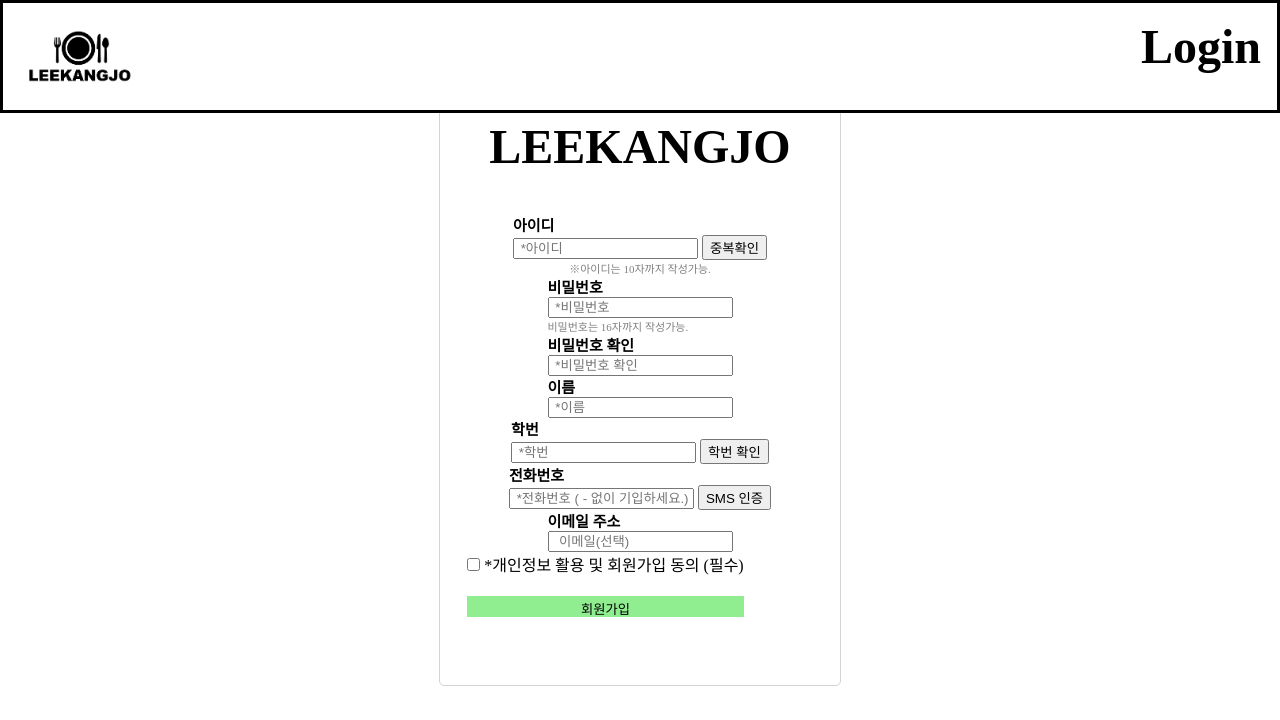
Repository: acredev/Restaurant_Management_System
Page: http://localhost/leekangjo/signup.jsp
An editor plug-in stored every save of this project. The page is shown before and after the next save, followed by the edit.
The browser window is 1280 px wide. The pictures show the whole page.
Some web fonts or font styles are not loaded; a fallback is used. The page is served by Tomcat 9. Other server files are loaded and not shown. Queries for data that is not in the repository find no rows.

Above is the page before, as saved 2023-04-18 02:20:29.

### leekangjo/WebContent/signup.jsp
<%@ page import="java.sql.*" %>

<%@ page language="java" contentType="text/html; charset=UTF-8"
    pageEncoding="UTF-8"%>

<%
try
{
	// JDBC 드라이버 연결
	Class.forName("com.mysql.jdbc.Driver");
	String db_address = "jdbc:mysql://127.0.0.1:3306/kyungmin_store";
	String db_username = "root";
	String db_pwd = "root";
	Connection connection = DriverManager.getConnection(db_address, db_username, db_pwd);

	// 문자열의 인코딩 방식 설정
	request.setCharacterEncoding("UTF-8");
}
catch (Exception ex)
{
	out.println("페이지 처리 중, 오류가 발생했습니다. 아래의 오류 메시지를 참고하여 페이지 관리자에게 문의 바랍니다. 불편을 드려 죄송합니다.\n" + ex.getMessage());
}
%>
<!doctype html>
<html>
    <head>
        <meta charset="utf-8">
        <meta name="viewport" content="width-device-width,initial-scale-1.0,user-scalable=no">
        <title>이강조 회원가입</title>
        <link href="css/Header.css" rel="stylesheet" type="text/css">
        <link href="css/signup_style.css" rel="stylesheet" type="text/css">
        <script type="text/javascript">
			function checkValue()
			{
				var signupForm = document.signup;
				if(!signupForm.id.value)
				{
					alert("아이디를 입력 후 다시 시도해 주세요.");
					return false;
				}
				if(signupForm.idDuplication.value!="idCheck")
				{
					alert("아이디 중복 체크 후 다시 시도해 주세요.");
					return false;
				}
				if(!signupForm.pwd.value)
				{
					alert("비밀번호를 입력 후 다시 시도해 주세요.");
				}
				if(signupForm.pwd.value != form.pwdcheck.value)
				{
					alert("비밀번호가 일치하지 않습니다. 비밀번호를 동일하게 입력 후 다시 시도해 주세요.");
					return false;
				}
				if(!signupForm.name.value)
				{
					alert("이름을 입력 후 다시 시도해 주세요.");
					return false;
				}
				if(!signupForm.stdid.value)
				{
					alert("학번을 입력 후 다시 시도해 주세요.");
				}
				if(!signupForm.tel.value)
				{
					alert("전화번호를 입력 후 다시 시도해 주세요.");
				}
				if(isNaN(signupForm.tel.value))
				{
					alert("전화번호는 - 를 제외한 숫자만 입력 후 다시 시도해 주세요.");
					return false;
				}
			}
			function inputIdChk()
			{
				document.signup.idDuplication.value="idUncheck";
			}
		</script>
    </head>
    <body>
    	<form name="signup" action="signup_send.jsp" method="post">
 	       <header>
 	           <img src="img/Logo4.png" class="Logoimg" onclick ="location.href='index.html'">
	           <h1 onclick ="location.href='Login.html'">Login</h1>
   		   </header>
   		   <div id="Loginmain">
   		   <div class="box">
		   		<h1 class="logo">LEEKANGJO</h1>
				<div>
					<form name="idchk" action="login_idchk.jsp" method="post">
					<h3>아이디</h3>
					<input type="text" placeholder=" *아이디" id="id" class="account" maxlength="10" name="id">
					<script type="text/javascript">
						function idChk()
						{
							var idchk = document.getElementById('id');
							if (idchk.value == "")
							{
								alert(idchk.value + "아이디를 입력해주세요.");
							}
							else if (idchk.value != null)
							{
								<%
							try
							{
							    // JDBC 드라이버 연결
    							Class.forName("com.mysql.jdbc.Driver");
    							String db_address = "jdbc:mysql://127.0.0.1:3306/kyungmin_store";
    							String db_username = "root";
    							String db_pwd = "root";
    							Connection connection = DriverManager.getConnection(db_address, db_username, db_pwd);

    							// 문자열의 인코딩 방식 설정
    							request.setCharacterEncoding("UTF-8");

    							String idChkQuery = "SELECT COUNT(*) as cnt FROM kyungmin_store.member WHERE id=?";
    							PreparedStatement psmt = connection.prepareStatement(idChkQuery);
    							psmt.setString(1, request.getParameter("idchk"));

    							ResultSet result = psmt.executeQuery();

    							if (result.next())
    							{
        							int cnt = result.getInt("cnt");
        							if (cnt == 0)
        							{
            							%>
            							alert("<%= request.getParameter("idchk") %> 아이디는 사용 가능한 아이디입니다.");
            							<%
            							}
        								else
        								{
                							%>
                							alert("중복된 아이디입니다. 다른 아이디를 사용해 주세요.");
                							<%
                						}
        							}
    							}
								catch (Exception ex)
								{
            					%>
            						alert("오류가 발생했습니다. 오류 메시지 : <%= ex.getMessage() %> 불편을 드려 죄송합니다.");
            					<%
            					}
    							%>
							}
						}
					</script>
					<input type="button" class="btn_id_check" onclick="idChk()" value="중복확인">
					</form>
				</div>
					<p>※아이디는 10자까지 작성가능.</p>
				<div>
					<h3>비밀번호</h3>
					<input type="password" placeholder=" *비밀번호" id="pwd" class="account" maxlength="16" name="pwd">
					<p> 비밀번호는 16자까지 작성가능.</p>
				</div>
				<div>
					<h3>비밀번호 확인</h3>
					<input type="password" placeholder=" *비밀번호 확인" id="pwdcheck" class="account" maxlength="16" name="pwdcheck">
				</div>
				<div>
					<h3>이름</h3>
					<input type="text" placeholder=" *이름" id="name" class="account" maxlength="5" name="name">
				</div>
				<div>
					<h3>학번</h3>
					<input type="text" placeholder=" *학번" id="stdid" class="account" maxlength="8" name="stdnum">
					<button type="button" class="btn_id_check" id="btnSend"><span class="">학번 확인</span></button>
				</div>
				<div>
					<h3>전화번호</h3>
					<input type="text" placeholder=" *전화번호 ( - 없이 기입하세요.)" id="tel" class="account" maxlength="11" name="tel">
					<button type="button" class="tel_check" id="btnSend"><span class="">SMS 인증</span></button>
				</div>
				<div>
					<h3>이메일 주소</h3>
					<input type="text" placeholder="  이메일(선택)" id="email" class="account" maxlength="30" name="email">
				</div>
				<div>
				<label><input type="checkbox" name="agree" value=""> *개인정보 활용 및 회원가입 동의 (필수)</label>
				<button type="submit" id="login" class="account">회원가입</button>
				<p id="alert" class="account"> </p>
				</div>
           </div>
           </div>
        </form>
    </body>
</html>

### leekangjo/WebContent/css/Header.css
/* 프로젝트 웹페이지의 header 스타일 파일입니다. */

@import url('https://fonts.googleapis.com/css?family=Amatic+SC|Indie+Flower');

*{
    margin: 0;
}

header {
    background-color: #fff;
    height: 75px;
    padding: 1rem;
    border: 3px solid #000;
    align-items: center;
    position: fixed;
    top:0;
    left: 0;
    right: 0;
    float: left;
    z-index: 1;
}

.Logoimg{
    height: 75px;
}

.Logoimg:hover{
    cursor: pointer;
}

h1{
    font-family: 'Indie Flower', cursive;
    font-size: 3em;
    float: right;
}

.logout{
    margin-left: 15px;
}

h1:hover{
    cursor: pointer;
}

#tagbar{
    width: 100%;
    text-align: center;
    padding-top: 120px;
}

.myimg{
    float: right;
    margin-top: 18px;
    height: 35px;
    margin-right: 15px;
}

.myimg:hover{
    cursor: pointer;
}

.logout{
    float: right;
    margin-top: 14px;
    height: 43px;
    margin-right: 15px;
}

.logout:hover{
    cursor: pointer;
}

.find{
    float: right;
    height: 43px;
    margin-top: 14px;
    margin-right: 30px;
}
.

### leekangjo/WebContent/css/signup_style.css
html,body, form{
    height: 100%;
}
#Loginmain{
    height: 100%;
    display: flex;
    justify-content:center;
    align-items : center;
}
.box{
    width: 400px;
    height: 650px;
    display: flex;
    justify-content: center;
    align-items: center;
    flex-direction: column;
    border: 1px solid lightgrey;
    border-radius: 5px;
}
.logo{
    margin-top: 5%;
    margin-bottom: 10%;
}
#login {
    margin-top: 6%;
    width: 80%;
    height: 30%;
    background-color: lightgreen;
    border-color: transparent;
    font-family:

}
p{
    font-size: 11px;
    color: gray;
}
h3{
    font-size: 15px;
}
fieldset{
    text-align: center;
    border: none;
}
.telchk {
    width: 92%;
    padding: 12px;
    font-size: 14px;
    color: #111111;
    border: 0;
    border: 1px #cccccc solid;
    margin-top: 5%;
    margin-bottom: 5%;
}
.emailchk {
    width: 92%;
    padding: 12px;
    font-size: 14px;
    color: #111111;
    border: 0;
    border: 1px #cccccc solid;
    margin-top: 5%;
    margin-bottom: 5%;
}

After the next save:
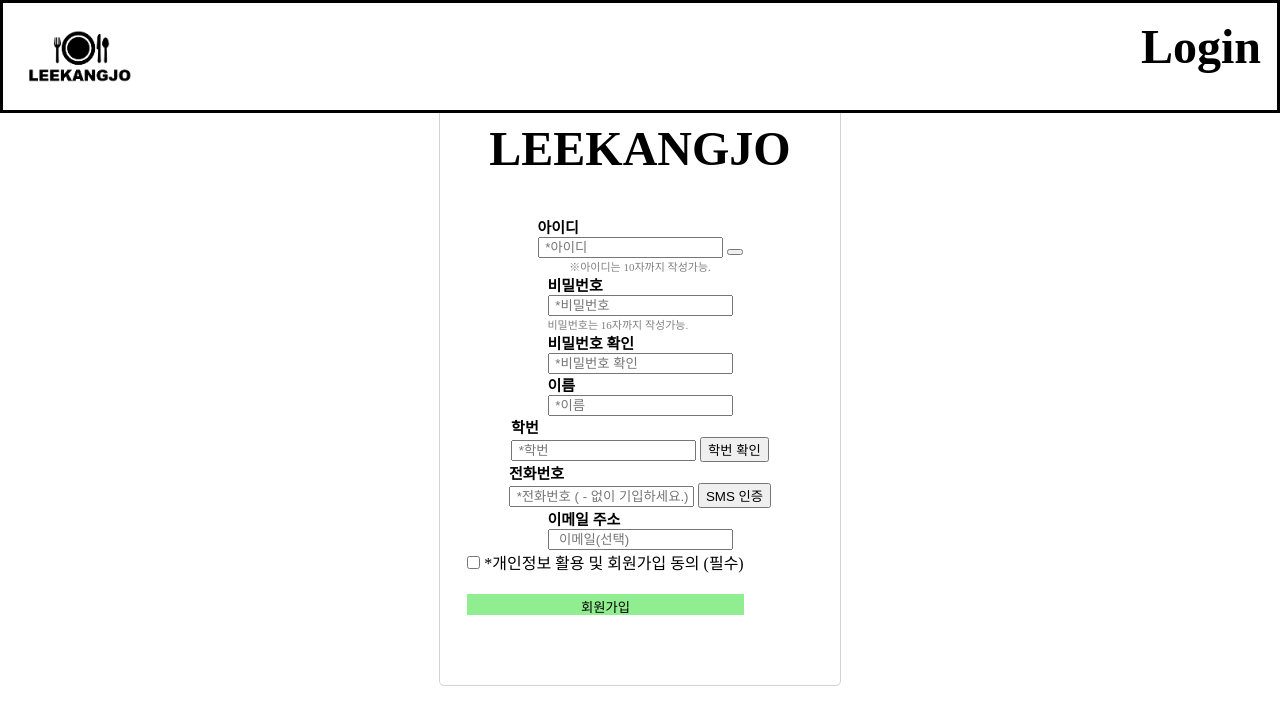
Saved 26 s later.
--- a/leekangjo/WebContent/signup.jsp
+++ b/leekangjo/WebContent/signup.jsp
@@ -146,7 +146,7 @@
 							}
 						}
 					</script>
-					<input type="button" class="btn_id_check" onclick="idChk()" value="중복확인">
+					<button type="submit" class="btn_id_check" onclick="idChk()" value="중복확인">
 					</form>
 				</div>
 					<p>※아이디는 10자까지 작성가능.</p>

After the 2 saves that followed:
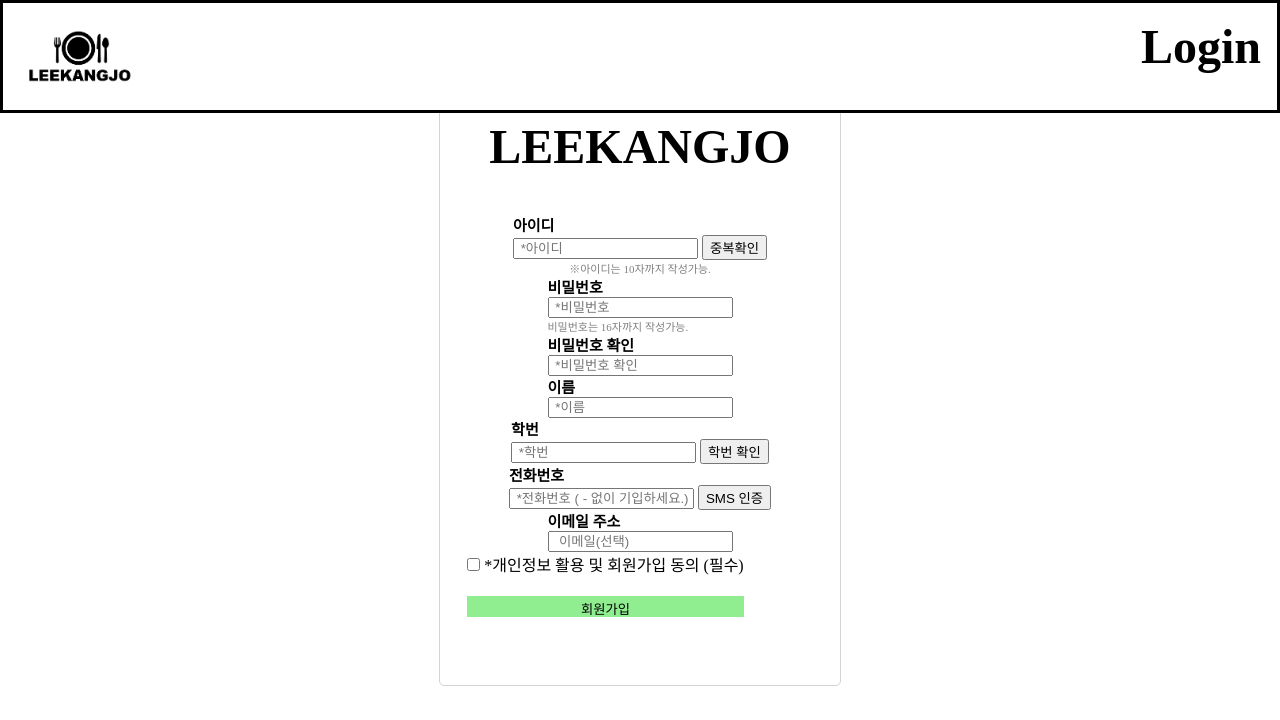
The 2 saves are shown as one change because 1 left the picture as it was.
The last was saved 62 s later.
--- a/leekangjo/WebContent/signup.jsp
+++ b/leekangjo/WebContent/signup.jsp
@@ -146,7 +146,7 @@
 							}
 						}
 					</script>
-					<button type="submit" class="btn_id_check" onclick="idChk()" value="중복확인">
+					<input type="button" class="btn_id_check" onclick="idChk()" value="중복확인">
 					</form>
 				</div>
 					<p>※아이디는 10자까지 작성가능.</p>
